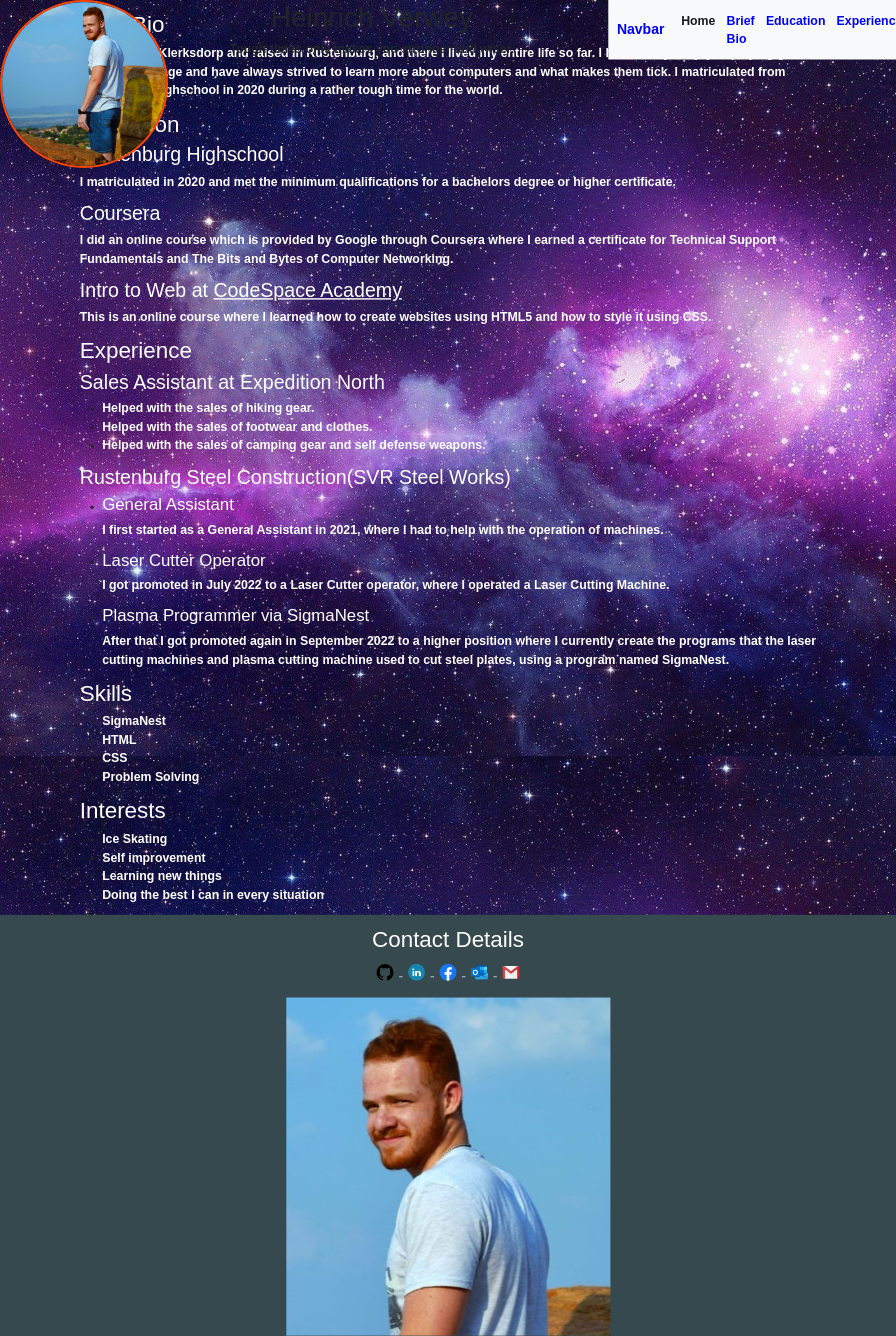
Repository: W3asl3y/IntroToWebDesign
Page: index.html
The author's editor kept a copy of each file at every save. The page is drawn from the files as they stood at one save, then again after the next save.
The browser window is 1280 px wide. The pictures show the whole page, at 70% of full size.

Above is the page before, as saved 2022-12-09 15:16:24.

After the next save:
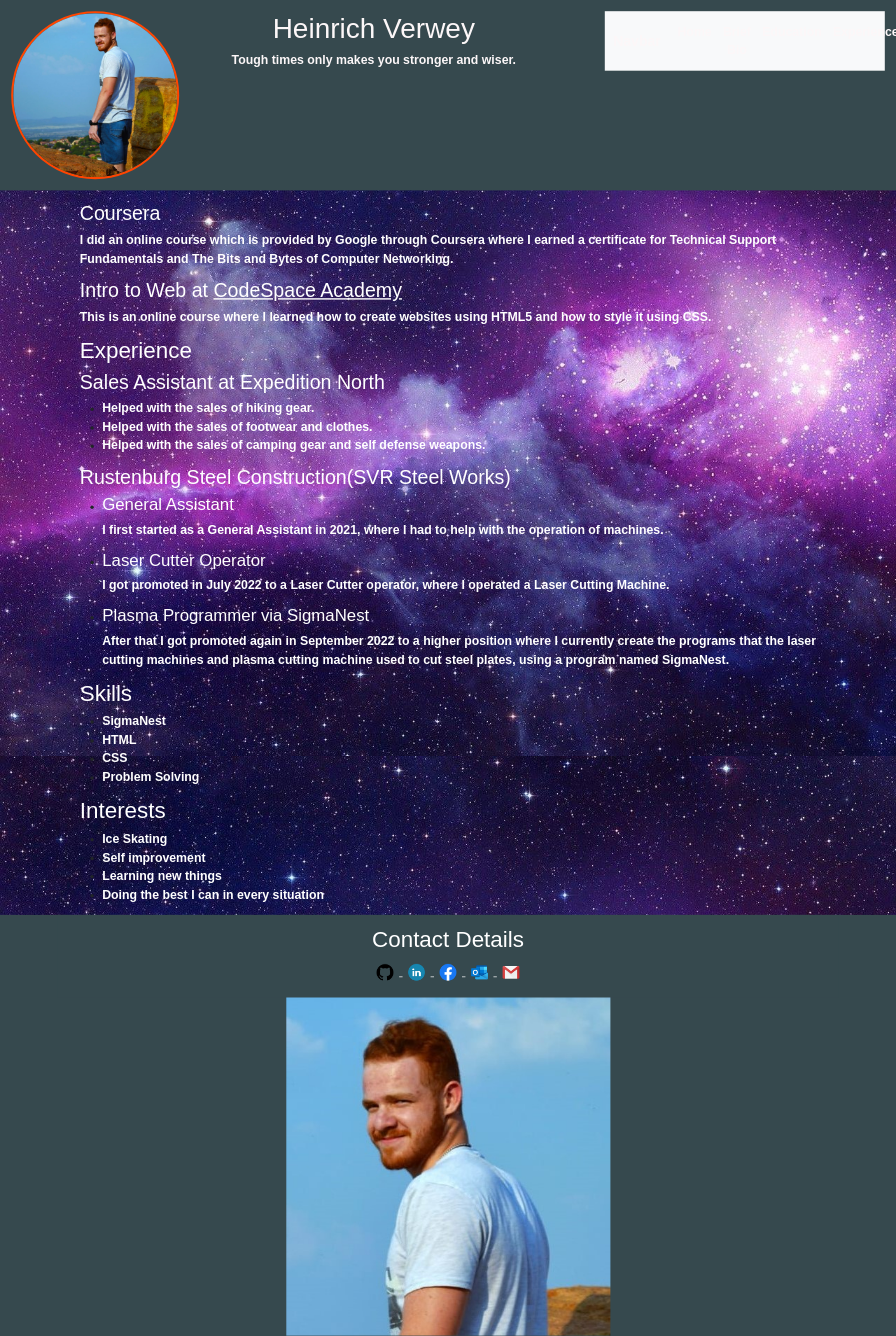
Saved 53 s later.
--- a/index.html
+++ b/index.html
@@ -17,8 +17,8 @@
 
     </head>
     <body>
-        <div id="heading" class="fixed-top">
-            <div class="container-fluid text-center" style="padding: 0"></div>
+        <header id="heading" class="fixed-top">
+            <div class="container-fluid text-center" style="padding: 0">
                 <div class="row">
                         <div class="col-2">
                             <img id="profile_picture" src="images/Heinrich.jpg" alt="My profile picture" >
